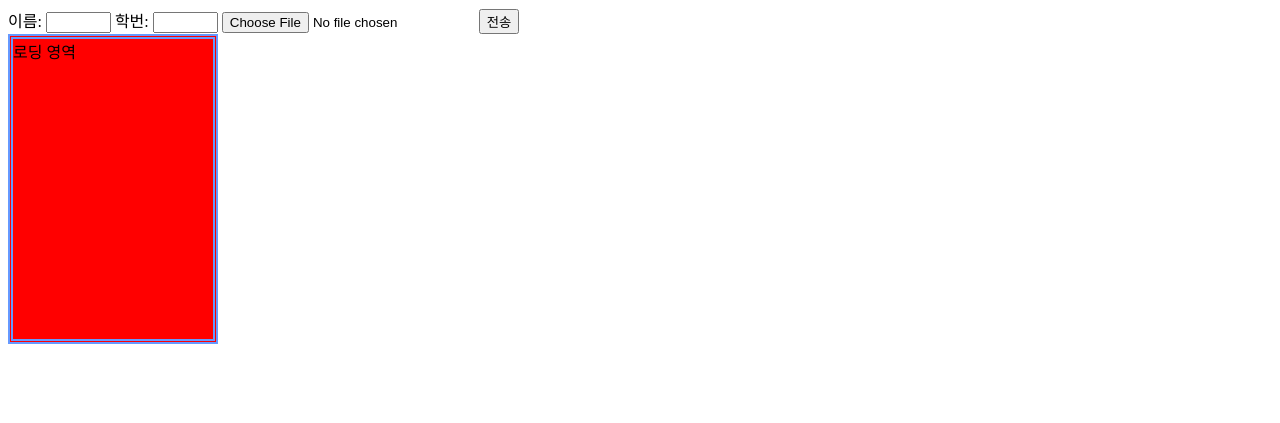
Repository: suhyun6363/JSP
Page: http://localhost/LectureProject/jQImageForm.jsp
These files come from the project's save history. The page is drawn as it stood at one moment and after the next save; the edit follows.
The browser window is 1280 px wide. The pictures show the whole page.
The page is served by Tomcat 9. Other server files are loaded and not shown.

Above is the page before, as saved 2023-04-26 06:49:36.

### LectureProject/WebContent/jQImageForm.jsp
<%@ page language= "java" contentType="text/html; charset=UTF-8"
	pageEncoding="UTF-8"%>
<!DOCTYPE html>
<html>
<head>
<meta name="viewport" content="width=device-width,initial-scale=1.0"/>
<meta charset="UTF-8">
<title>jQuery 테스트3</title>

<style type="text/css">
  div#result {
    width : 200px;
    height : 300px;
    border : 5px double #6699FF;
    background-color : red;
  }
</style>

<script src="https://code.jquery.com/jquery-3.6.4.min.js"></script>
<script>
  $(document).ready(function() {
	  $("#b1").click(function() {
		  const image = $("#image")[0];	//다중 선택이 가능하기 때문에 배열로 생성-> 사진 한개 인덱스 0
		  //파일을 여러 개 선택할 수 있으므로 files라는 객체에 담긴다
		  if(image.files.length === 0) { //사용자가 파일을 하나도 선택하지 않고 버튼 누름
			  alert("파일을 선택해주세요");
			  return;
		  }

		  const formData = new FormData(); //변수명 값을 넘기는 프로그램을 객체화함
		  formData.append("name", $("#t1").val());
		  formData.append("sid", $("#t2").val());
		  formData.append("image", image.files[0]);
		  //javascript내 formData 클래스 존재

		  $.ajax({		// ajax: 서버 통신 함수(html form태그랑 유사) //아래 파라미터들을 여러 개 함		//요청페이지와 같은 페이지에 결과를 보여주기 위함
			  type: "post",
			  url: "jQImagePro.jsp",
			  processData: false,	// 텍스트, 바이너리 data 인 multipart request data를 보내는 것이기 때문에 정렬/구분 작업하지 말고 그대로 보냄 		//default: True
			  contentType: false,	// 텍스트뿐이 아닌 multipart로 보내기 때문 			//default: True
			  data: formData,  //formData 객체를 보냄
			  success: function(data) {	// success했을 때 어떤 형식으로 결과를 내보내는지 보여주는 파라미터
				  $("#result").html(data);
				  alert("로드성공");
			  },
			  error: function() {
				  alert("로드실패");
			  }
		  });
	  });
  });
</script>
</head>
<body>
	이름: <input type="text" id="t1" size="5">
	학번: <input type="text" id="t2" size="5">
	<input type="file" id="image">
	<button id="b1">전송</button>
	<div id="result">로딩 영역</div>
</body>
</html>

After the next save:
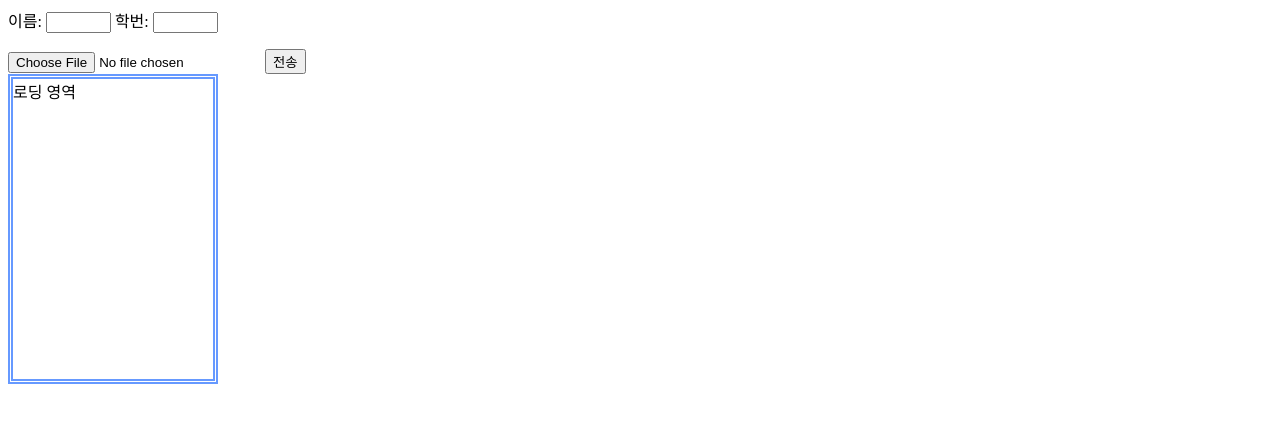
Saved 71 s later.
--- a/LectureProject/WebContent/jQImageForm.jsp
+++ b/LectureProject/WebContent/jQImageForm.jsp
@@ -12,7 +12,7 @@
     width : 200px;
     height : 300px;
     border : 5px double #6699FF;
-    background-color : red;
+    background-color : white;
   }
 </style>
 
@@ -53,7 +53,7 @@
 </head>
 <body>
 	이름: <input type="text" id="t1" size="5">
-	학번: <input type="text" id="t2" size="5">
+	학번: <input type="text" id="t2" size="5"></p>
 	<input type="file" id="image">
 	<button id="b1">전송</button>
 	<div id="result">로딩 영역</div>
